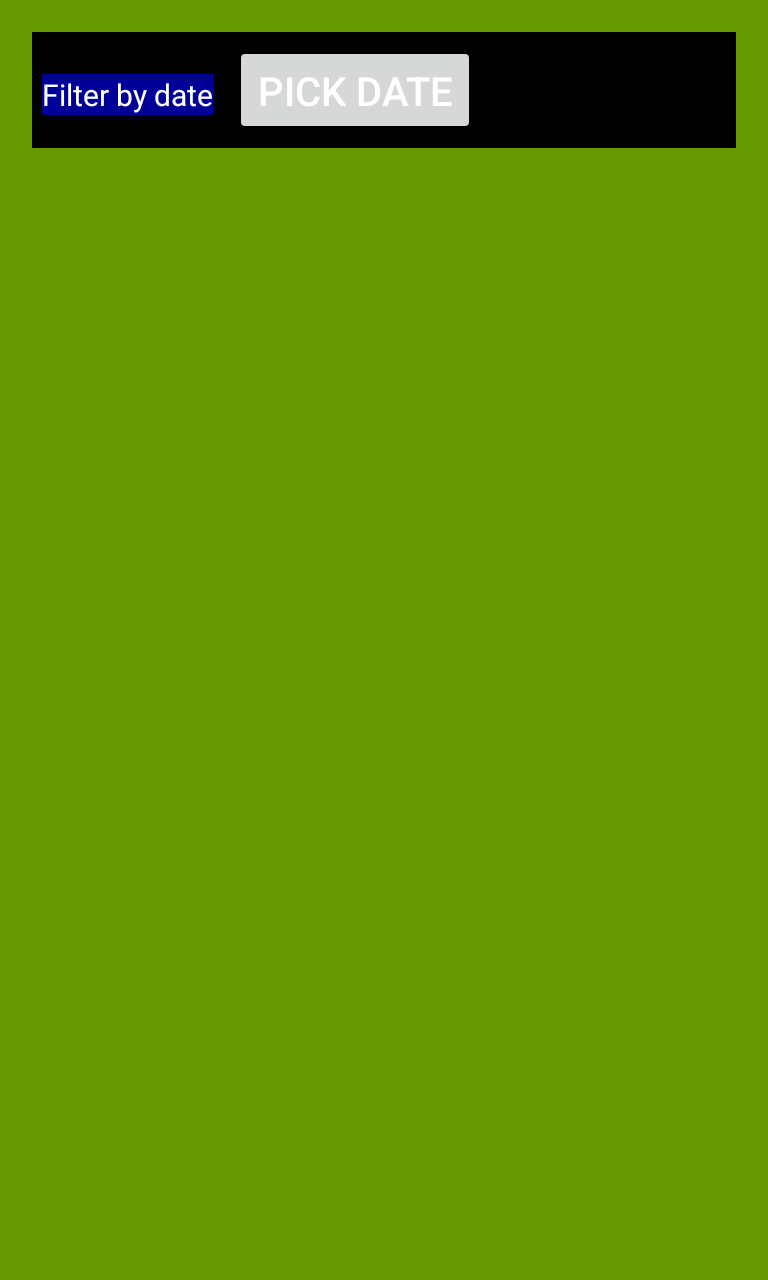
Repository: bwoldemi/LilyTrans
Layout: TransLily/res/layout/activity_booked_ride.xml
An editor plug-in stored every save of this project. The layout is shown before and after the next save, followed by the edit.
It is drawn on a 768 x 1280 px phone screen (xhdpi) without system bars, with theme AppTheme; the app's code is not run. Lists and similar views that code fills are empty.

Above is the layout before, as saved 2014-11-10 21:35:32.

### TransLily/res/layout/activity_booked_ride.xml
<LinearLayout xmlns:android="http://schemas.android.com/apk/res/android"
    xmlns:tools="http://schemas.android.com/tools"
    android:layout_width="match_parent"
    android:layout_height="match_parent"
    android:background="#669900"
    android:orientation="vertical"
    android:paddingBottom="@dimen/activity_vertical_margin"
    android:paddingLeft="@dimen/activity_horizontal_margin"
    android:paddingRight="@dimen/activity_horizontal_margin"
    android:paddingTop="@dimen/activity_vertical_margin"
    tools:context="request.BookedRideActivity" >

    <LinearLayout
        android:layout_width="fill_parent"
        android:layout_height="wrap_content"
        android:orientation="horizontal"
        android:padding="5sp"
        android:background="@color/background_filter_layout">

        <TextView
            android:layout_width="wrap_content"
            android:layout_height="wrap_content"
            android:text="@string/filer_by_date"
            android:textColor="@color/text_color"
            android:background="@color/backgroundFrom"
            android:textSize="15sp" />

        <Button
            android:id="@+id/booked_ride_date_button"
            android:layout_width="wrap_content"
            android:layout_height="wrap_content"
            android:onClick="pickDateDialog"
            android:text="@string/pick_date"
            android:layout_marginLeft="10sp"
            android:textColor="#FFF"
            android:textSize="20sp" />
    </LinearLayout>

    <ListView
        android:id="@+id/bookedRidesListView"
        android:layout_width="fill_parent"
        android:layout_height="wrap_content"
        android:dividerHeight="4dp" />

</LinearLayout>

### TransLily/res/values/strings.xml
<?xml version="1.0" encoding="utf-8"?>
<resources>

    <string name="app_name">TransLily</string>
    <string name="hello_world">Hello world!</string>
    <string name="action_settings">Settings</string>
    <string name="lily">LILY Transportation </string>
    <string name="from">From: </string>
    <string name="starting_location">Enter starting point</string>
    <string name="destination_point">To: </string>
    <string name="ending_location">Enter your destination</string>
    <string name="senior_name"> Name: </string>
    <string name="typein_name"> Enter your full name here</string>
    <string name="contact_info"> Phone Number: </string>
    <string name="phone_number"> e.g 0458749818 </string>
    <string name="button_askride"> Search rides</string>
    <string name="button_offerride"> Offer ride</string>
    <string name="pick_time"> Pick time </string>
    <string name="pick_date"> Pick date </string>
    <string name="title_activity_ask_ride">Ask Ride Page</string>
    <string name="title_activity_booked_ride">BookedRideActivity</string>
    <string name="show_my_booked_rides">Show my booked rides</string>
    <string name="title_activity_post_ride">Post Ride Page</string>
    <string name="search_ride">Search ride </string>
    <string name="post_ride">Post ride </string>
    <string name="My_request_rides">My requests </string>
    <string name="My_Post_rides">My posts </string>
    <string name="welcome_message">Welcome To Lily Transport </string>
    <string name="service_provider">Service provider </string>
    <string name="taxi_id">Taxi id</string>
    <string name="starting_point">Starting point</string>
    <string name="destination"> Destination </string>
    <string name="date"> Date </string>
    <string name="number_of_person">Number of Person</string>
    <string name="comment">Comment </string>
    <string name="title_activity_my_post_rides">My Post Rides Page</string>
    <string name="title_activity_reserved_post_rides">ReservedPostRides</string>
    <string name="cancel">Cancel</string>
    <string name="approve">Approve</string>
    <string name="save">Save</string>
    <string name="please_enter_name_phone"> Please eneter your name and phonenumber</string>
    <string name="full_name">Full Name</string>
    <string name="com.lily.pre">com.lily.pre</string>
    <string name="save_changes">Save Changes</string>
    <string name="change_your_data">Change your data</string>
    <string name="sort_rides">Filter</string>
    <string name="filer_by_date">Filter by date </string>
    <string name="delete">Delete</string>
	<string name="cancele">Cancele</string>
    <color name="text_color">#FFF</color>
    <color name="background">#669900</color>
    <color name="backgroundFrom">#000099</color>
    <color name="dark_gray">#27AB32</color>
	<color name="background_filter_layout">#000</color>
    <string name="title_activity_basic_info">BasicInfoActivity</string>
    <string name="title_activity_setting">Setting</string>

    <string-array name="service_providers">
        <item>Taxi</item>
        <item>Voulunter</item>
    </string-array>

</resources>

Loaded but not shown: TransLily/res/values/styles.xml (common file); TransLily/res/values-v11/styles.xml (common file); TransLily/res/values-v14/styles.xml (common file); TransLily/res/values/dimens.xml (common file); TransLily/res/values-w820dp/dimens.xml (common file)

After the next save:
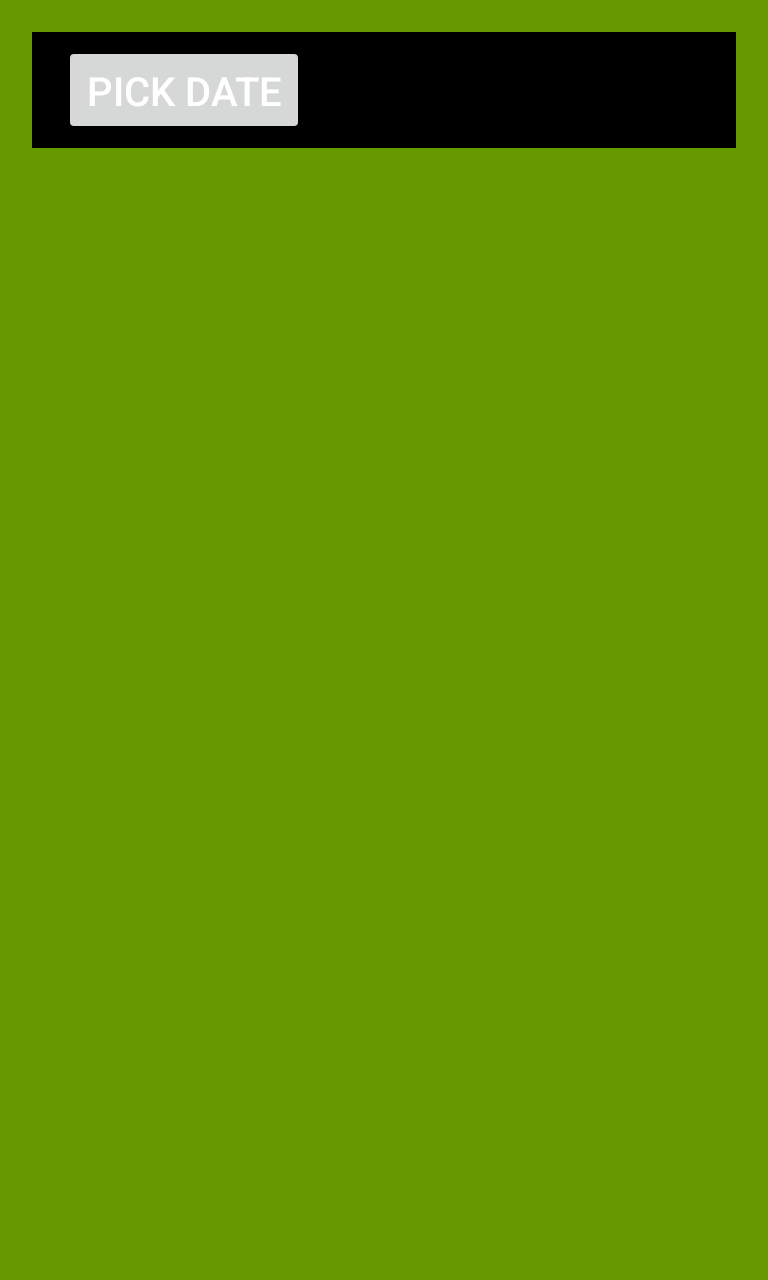
Saved 2 h 11 min later.
--- a/TransLily/res/layout/activity_booked_ride.xml
+++ b/TransLily/res/layout/activity_booked_ride.xml
@@ -13,25 +13,26 @@
     <LinearLayout
         android:layout_width="fill_parent"
         android:layout_height="wrap_content"
+        android:background="@color/background_filter_layout"
         android:orientation="horizontal"
-        android:padding="5sp"
-        android:background="@color/background_filter_layout">
+        android:padding="5sp" >
 
         <TextView
+            android:id="@+id/"
             android:layout_width="wrap_content"
             android:layout_height="wrap_content"
-            android:text="@string/filer_by_date"
+            android:background="@color/backgroundFrom"
+
             android:textColor="@color/text_color"
-            android:background="@color/backgroundFrom"
             android:textSize="15sp" />
 
         <Button
             android:id="@+id/booked_ride_date_button"
             android:layout_width="wrap_content"
             android:layout_height="wrap_content"
+            android:layout_marginLeft="10sp"
             android:onClick="pickDateDialog"
             android:text="@string/pick_date"
-            android:layout_marginLeft="10sp"
             android:textColor="#FFF"
             android:textSize="20sp" />
     </LinearLayout>
